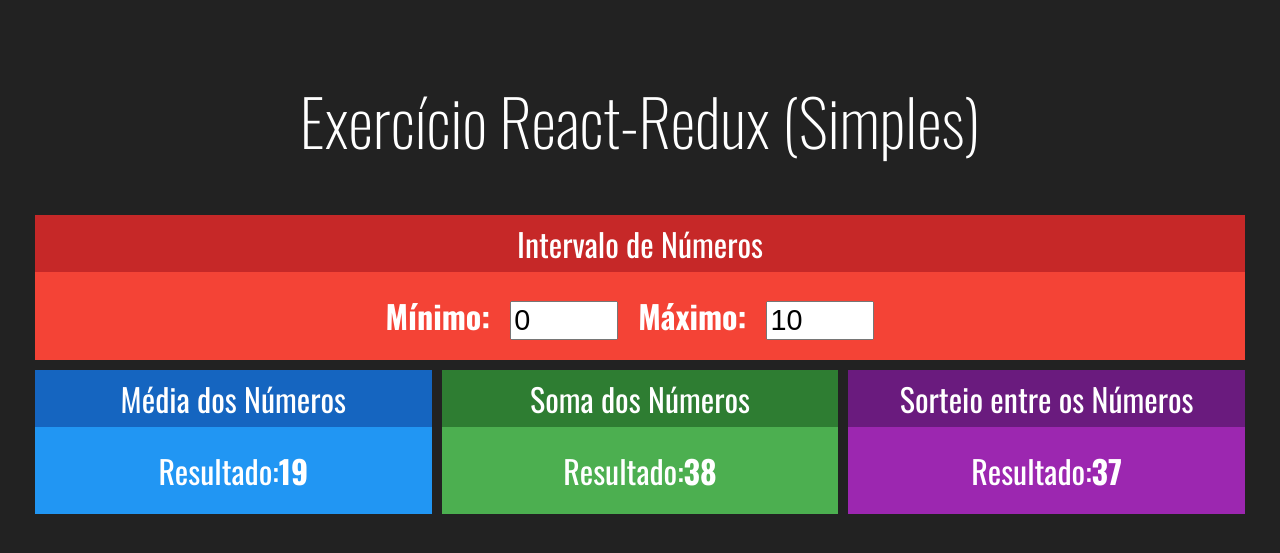
Repository: WellysonP/testando-react-redux
Page: /
An editor plug-in stored every save of this project. The page is shown before and after the next save, followed by the edit.
The browser window is 1280 px wide. The pictures show the whole page.
The project was rebuilt for these pictures with package versions that can differ from the ones it lists, and the page was loaded fresh each time.

Above is the page before, as saved 2023-01-13 12:10:04.

### public/index.html
<!DOCTYPE html>
<html lang="en">
  <head>
    <link rel="preconnect" href="https://fonts.googleapis.com">
<link rel="preconnect" href="https://fonts.gstatic.com" crossorigin>
<link href="https://fonts.googleapis.com/css2?family=Oswald:wght@200;300;400;500;600;700&display=swap" rel="stylesheet">
    <meta charset="utf-8" />
    <link rel="icon" href="%PUBLIC_URL%/favicon.ico" />
    <meta name="viewport" content="width=device-width, initial-scale=1" />
    <meta name="theme-color" content="#000000" />
    <meta
      name="description"
      content="Web site created using create-react-app"
    />
    <link rel="apple-touch-icon" href="%PUBLIC_URL%/logo192.png" />
    <!--
      manifest.json provides metadata used when your web app is installed on a
      user's mobile device or desktop. See https://developers.google.com/web/fundamentals/web-app-manifest/
    -->
    <link rel="manifest" href="%PUBLIC_URL%/manifest.json" />
    <!--
      Notice the use of %PUBLIC_URL% in the tags above.
      It will be replaced with the URL of the `public` folder during the build.
      Only files inside the `public` folder can be referenced from the HTML.

      Unlike "/favicon.ico" or "favicon.ico", "%PUBLIC_URL%/favicon.ico" will
      work correctly both with client-side routing and a non-root public URL.
      Learn how to configure a non-root public URL by running `npm run build`.
    -->
    <title>React App</title>
  </head>
  <body>
    <noscript>You need to enable JavaScript to run this app.</noscript>
    <div id="root"></div>
    <!--
      This HTML file is a template.
      If you open it directly in the browser, you will see an empty page.

      You can add webfonts, meta tags, or analytics to this file.
      The build step will place the bundled scripts into the <body> tag.

      To begin the development, run `npm start` or `yarn start`.
      To create a production bundle, use `npm run build` or `yarn build`.
    -->
  </body>
</html>

### src/index.js
import React from 'react';
import ReactDOM from 'react-dom/client';
import './index.css';
import App from './App';
import reportWebVitals from './reportWebVitals';
import storeConfig from './store/storeConfig';
import { Provider } from 'react-redux';

const store = storeConfig()

const root = ReactDOM.createRoot(document.getElementById('root'));
root.render(
  <Provider store={store}>
  <React.StrictMode>
    <App />
  </React.StrictMode>
  </Provider>
);

// If you want to start measuring performance in your app, pass a function
// to log results (for example: reportWebVitals(console.log))
// or send to an analytics endpoint. Learn more: https://bit.ly/CRA-vitals
reportWebVitals();

### src/index.css
body{
  background-color: #222;
  font-size: 2rem;
  font-family: Oswald;
  color: #fff;
  margin: 30px;
}

### src/App.js
import { useState } from 'react';
import './App.css';
import Intervalo from './components/Intervalo';
import Media from './components/Media';
import Soma from './components/Soma';
import Sorteio from './components/Sorteio';

function App() {

  return (
    <div className="App">
      <h1>Exercício React-Redux (Simples)</h1>
      <div className='linha'>
        <Intervalo></Intervalo>
      </div>
      <div className='linha'>
        <Media></Media>
        <Soma></Soma>
        <Sorteio></Sorteio>
      </div>
    </div>
  );
}

export default App;

### src/store/storeConfig.js
const { combineReducers, createStore } = require("redux");

const reducers = combineReducers({
    numeros: function(state, action){
        // console.log(state, " ", action)
        return{
            min:7,
            max:31
        }
    }
})

function storeConfig(){
    return createStore(reducers)
}

export default storeConfig

### src/App.css
.App{
  display: flex;
  flex-direction: column;
  text-align: center;
}

h1{
  font-weight: 200;
}

.linha{
  display: flex;
}

### src/components/Intervalo.jsx
import Card from "./Card"
import "./Intervalo.css"


export default props => {
    return (
        <Card title="Intervalo de Números" red>
            <div className="Intervalo">
                <span>
                    <strong>Mínimo:</strong>
                    <input type="number" value={0}
                    />
                </span>
                <span>
                    <strong>Máximo:</strong>
                    <input type="number" value={10}
                    />
                </span>
            </div>
        </Card>
    )
}

### src/components/Media.jsx
import { connect } from "react-redux"
import Card from "./Card"

const Media = props => {
    const {min, max} = props.numeros
    return (
        <Card title="Média dos Números" blue>
            <div>
                <span>
                    <span>Resultado:</span>
                    <strong>{(min + max)/2}</strong>
                </span>
            </div>
        </Card>
    )
}

function mapStateToProps(state){
    return {
        numeros: state.numeros
    }
}

export default connect(mapStateToProps)(Media)

### src/components/Soma.jsx
import { connect } from "react-redux"
import Card from "./Card"

const Soma = props => {
    const { min, max } = props.numeros
    return (
        <Card title="Soma dos Números" green>
            <div>
                <span>
                    <span>Resultado:</span>
                    <strong>{min + max}</strong>
                </span>
            </div>
        </Card>
    )
}

const mapStateToProps = state => {
    return {
        numeros: state.numeros
    }
}

export default connect(mapStateToProps)(Soma)

### src/components/Sorteio.jsx
import { connect } from "react-redux"
import Card from "./Card"

const Sorteio =  props => {
    const {min, max} = props.numeros
    const aleatorio = Math.floor(Math.random() * max) + min
    return (
        <Card title="Sorteio entre os Números" purple>
            <div>
                <span>
                    <span>Resultado:</span>
                    <strong>{aleatorio}</strong>
                </span>
            </div>
        </Card>
    )
}

const mapStateToProps = state =>{
    return{
        numeros: state.numeros
    }
}

export default connect(mapStateToProps)(Sorteio)

### src/components/Card.jsx
import "./Card.css"

function getColor(props){
    if(props.red) return "Red"
    if(props.green) return "Green"
    if(props.blue) return "Blue"
    if(props.purple) return "Purple"
    return""
}

export default props => {
    return (
        <div className={`Card ${getColor(props)}`}>
            <div className="Header">
                <span className="Title">{props.title}</span>
            </div>
            <div className="Content">
                {props.children}
            </div>
        </div>
    )
}

### src/components/Intervalo.css
.Intervalo input{
    font-size: 1.8rem;
    margin-left: 20px;
    margin-right: 20px;
    width: 100px;
}

### src/components/Card.css
.Card{
    flex: 1;
    display: flex;
    flex-direction: column;
    margin: 5px;
}

.Card .Header{
    display: flex;
    flex-direction: row;
    justify-content: center;
}

.Card .Header .Title{
    flex: 1;
    padding: 5px;
}

.Card .Content{
    padding: 20px;
}

.Card.Red .Header{ color: #fff; background-color: #c62828;}
.Card.Red .Content{ color: #fff; background-color: #f44336;}

.Card.Green .Header{ color: #fff; background-color: #2e7d32;}
.Card.Green .Content{ color: #fff; background-color: #4caf50;}

.Card.Blue .Header{ color: #fff; background-color: #1565c0;}
.Card.Blue .Content{ color: #fff; background-color: #2196f3;}

.Card.Purple .Header{ color: #fff; background-color: #6A1B7e;}
.Card.Purple .Content{ color: #fff; background-color: #9c27b0;}

Loaded but not shown: src/reportWebVitals.js (common file)

After the next save:
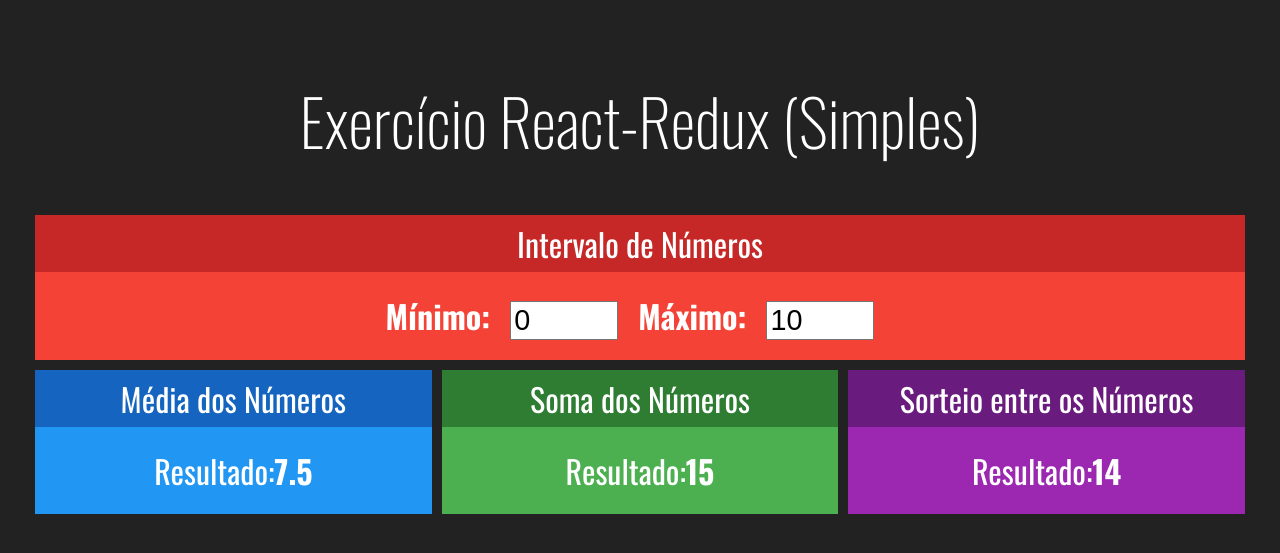
Saved 11 s later.
--- a/src/store/storeConfig.js
+++ b/src/store/storeConfig.js
@@ -5,7 +5,7 @@ const reducers = combineReducers({
         // console.log(state, " ", action)
         return{
             min:7,
-            max:31
+            max:8
         }
     }
 })
